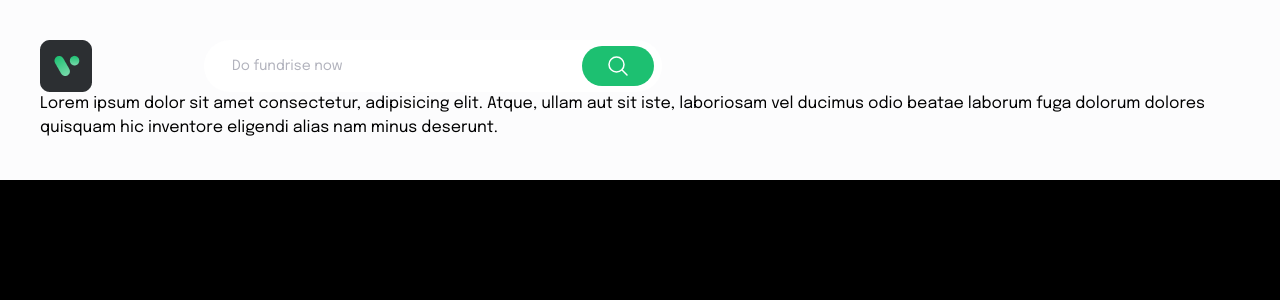
Repository: Kaymileee/crownFunding-Project
Page: /
The author's editor kept a copy of each file at every save. The page is drawn from the files as they stood at one save, then again after the next save.
The browser window is 1280 px wide. The pictures show the whole page.
The project was rebuilt for these pictures with package versions that can differ from the ones it lists, and the page was loaded fresh each time. Imported but missing from the stored project, and not drawn on this page: src/components/common/FormGroup, src/components/input/Input.

Above is the page before, as saved 2023-02-03 17:41:49.

### public/index.html
<!DOCTYPE html>
<html lang="en">
  <head>
    <meta charset="utf-8" />
    <link rel="icon" href="%PUBLIC_URL%/favicon.ico" />
    <meta name="viewport" content="width=device-width, initial-scale=1" />
    <meta name="theme-color" content="#000000" />
    <meta
      name="description"
      content="Web site created using create-react-app"
    />
    <link rel="apple-touch-icon" href="%PUBLIC_URL%/logo192.png" />
    <!--
      manifest.json provides metadata used when your web app is installed on a
      user's mobile device or desktop. See https://developers.google.com/web/fundamentals/web-app-manifest/
    -->
    <link rel="manifest" href="%PUBLIC_URL%/manifest.json" />
    <!--
      Notice the use of %PUBLIC_URL% in the tags above.
      It will be replaced with the URL of the `public` folder during the build.
      Only files inside the `public` folder can be referenced from the HTML.

      Unlike "/favicon.ico" or "favicon.ico", "%PUBLIC_URL%/favicon.ico" will
      work correctly both with client-side routing and a non-root public URL.
      Learn how to configure a non-root public URL by running `npm run build`.
    -->
    <link rel="preconnect" href="https://fonts.googleapis.com" />
    <link rel="preconnect" href="https://fonts.gstatic.com" crossorigin />
    <link
      href="https://fonts.googleapis.com/css2?family=Epilogue:wght@400;500;600;700&display=swap"
      rel="stylesheet"
    />
    <title>Crowfunding App</title>
  </head>
  <body>
    <noscript>You need to enable JavaScript to run this app.</noscript>
    <div id="root"></div>
    <!--
      This HTML file is a template.
      If you open it directly in the browser, you will see an empty page.

      You can add webfonts, meta tags, or analytics to this file.
      The build step will place the bundled scripts into the <body> tag.

      To begin the development, run `npm start` or `yarn start`.
      To create a production bundle, use `npm run build` or `yarn build`.
    -->
  </body>
</html>

### src/index.js
import React from "react";
import { createRoot } from "react-dom/client";
import App from "./App";
import reportWebVitals from "./reportWebVitals";
import "./index.scss";
import { Provider } from "react-redux";
import { store } from "./store/configureStore";
import { BrowserRouter } from "react-router-dom";
const container = document.getElementById("root");
const root = createRoot(container);

root.render(
  <Provider store={store}>
    <BrowserRouter>
      <App />
    </BrowserRouter>
  </Provider>
);

// If you want to start measuring performance in your app, pass a function
// to log results (for example: reportWebVitals(console.log))
// or send to an analytics endpoint. Learn more: https://bit.ly/CRA-vitals
reportWebVitals();

### src/App.js
import React, { lazy } from "react";
import { Suspense } from "react";
import { Route, Routes } from "react-router-dom";
const SignUpPage = lazy(() => import("./pages/SignUpPage.js"));
const SignInPage = lazy(() => import("./pages/SignInPage"));
const DashboardPage = lazy(() => import("./pages/DashboardPage"));

function App() {
  return (
    <Suspense>
      <Routes>
        <Route path="/sign-up" element={<SignUpPage></SignUpPage>}></Route>
        <Route path="/" element={<DashboardPage></DashboardPage>}></Route>

        <Route path="/sign-in" element={<SignInPage></SignInPage>}></Route>
      </Routes>
    </Suspense>
  );
}

export default App;

### src/index.scss
@tailwind base;
@tailwind components;
@tailwind utilities;
@layer base {
  body {
    @apply text-base font-primary font-normal;
    background: #000;
  }
  input {
    @apply outline-none;
  }
}
input:focus + .error-input {
  display: none;
}

### src/store/configureStore.js
import { configureStore } from "@reduxjs/toolkit";
import createSagaMiddleware from "@redux-saga/core";
import logger from "redux-logger";
const sagaMiddleware = createSagaMiddleware();

export const store = configureStore({
  reducer: {},
  middleware: (gDM) => gDM().concat(logger, sagaMiddleware),
});
// sagaMiddleware.run(rootSaga);

### src/pages/DashboardPage.js
import React from "react";
import LayoutDashboard from "../layouts/LayoutDashboard";

const DashboardPage = () => {
  return (
    <LayoutDashboard>
      <div>
        Lorem ipsum dolor sit amet consectetur, adipisicing elit. Atque, ullam
        aut sit iste, laboriosam vel ducimus odio beatae laborum fuga dolorum
        dolores quisquam hic inventore eligendi alias nam minus deserunt.
      </div>
    </LayoutDashboard>
  );
};

export default DashboardPage;

### src/layouts/LayoutDashboard.js
import React from "react";
import DashboardSideBar from "../module/dashboard/DashboardSideBar";
import DashboardTopBar from "../module/dashboard/DashboardTopBar";

const LayoutDashboard = ({ children }) => {
  return (
    <div className="p-10 bg-liteBg max-w-[1440px] mx-auto">
      <DashboardTopBar></DashboardTopBar>
      <div>
        <DashboardSideBar></DashboardSideBar>
        <div>{children}</div>
      </div>
    </div>
  );
};

export default LayoutDashboard;

### src/module/dashboard/DashboardSideBar.js
import React from "react";

const DashboardSideBar = () => {
  return <div></div>;
};

export default DashboardSideBar;

### src/module/dashboard/DashboardTopBar.js
import React from "react";
import DashboardSearch from "./DashboardSearch";

const DashboardTopBar = () => {
  return (
    <div className="flex items-center gap-x-14">
      <img src="./logo.png" alt="" />
      <div className="ml-14 max-w-[458px] w-full">
        <DashboardSearch></DashboardSearch>
      </div>
    </div>
  );
};

export default DashboardTopBar;

### src/module/dashboard/DashboardSearch.js
import React from "react";

const DashboardSearch = () => {
  return (
    <div className=" p-2 bg-white shadow-[10px_10px_20px_rgba(218, 213, 213, 0.15)] w-full rounded-full flex items-center max-h-[52px] h-full">
      <div className="flex-1 px-5">
        <input
          type="text"
          placeholder="Do fundrise now"
          className="w-full text-sm font-normal bg-transparent placeholder:text-text4 text-text1 "
        />
      </div>
      <button className="max-w-[72px] bg-primary text-white rounded-full w-full h-10 flex justify-center items-center flex-shrink-0">
        <svg
          xmlns="http://www.w3.org/2000/svg"
          fill="none"
          viewBox="0 0 24 24"
          strokeWidth="1.5"
          stroke="currentColor"
          className="w-6 h-6"
        >
          <path
            strokeLinecap="round"
            strokeLinejoin="round"
            d="M21 21l-5.197-5.197m0 0A7.5 7.5 0 105.196 5.196a7.5 7.5 0 0010.607 10.607z"
          />
        </svg>
      </button>
    </div>
  );
};

export default DashboardSearch;

### tailwind.config.js
module.exports = {
  darkMode: "class",
  content: ["./src/**/*.{js,jsx,ts,tsx}"],
  theme: {
    extend: {
      fontFamily: {
        primary: ["Epilogue", "sans-serif;"],
      },
      colors: {
        primary: "#1DC071",
        secondary: "#6F49FD",
        text1: "#171725",
        text2: "#4B5264",
        text3: "#808191",
        text4: "#B2B3BD",

        iconColor: "#A2A2A8",
        white: "#FFFFFF",
        whiteSoft: "#FCFBFF",
        graySoft: "#FCFCFC",
        strockColor: "#F1F1F3",
        liteBg: "#FCFCFD",
        error: "#EB5757",

        darkBG: "#3A3A43",
        darkSecondary: "#1C1C24",
        softDark: "#22222C",
        darkSoft: "#24242C",
        darkStroke: "#3A3A43",
        darkRed: "#422C32",
      },
    },
  },
  plugins: [],
};

Loaded but not shown: src/reportWebVitals.js (common file)

After the next save:
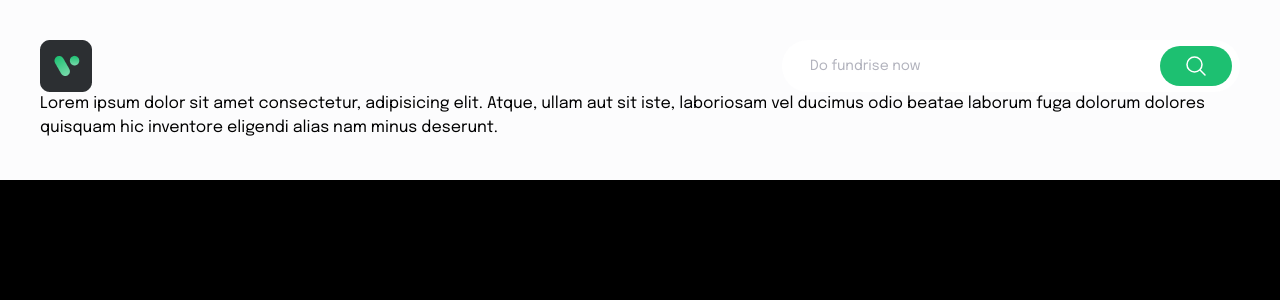
Saved 59 s later.
--- a/src/module/dashboard/DashboardTopBar.js
+++ b/src/module/dashboard/DashboardTopBar.js
@@ -3,7 +3,7 @@ import DashboardSearch from "./DashboardSearch";
 
 const DashboardTopBar = () => {
   return (
-    <div className="flex items-center gap-x-14">
+    <div className="flex items-center justify-between ">
       <img src="./logo.png" alt="" />
       <div className="ml-14 max-w-[458px] w-full">
         <DashboardSearch></DashboardSearch>
